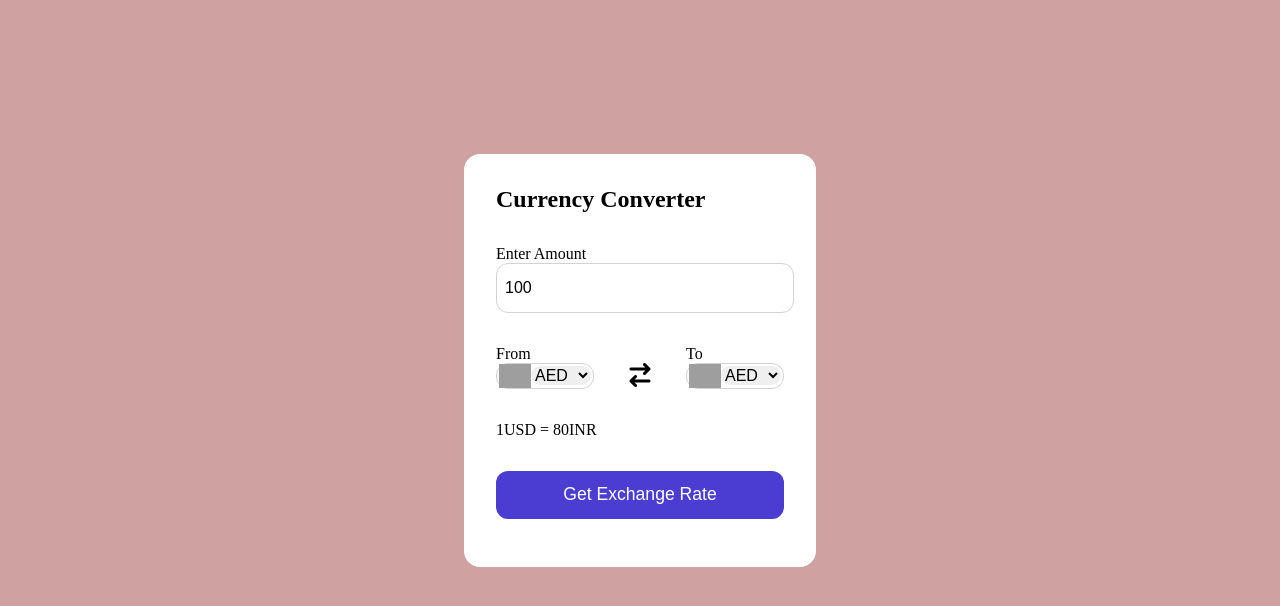
Repository: Chiranshukapil/Currency-Converter
Page: index.html
An editor plug-in stored every save of this project. The page is shown before and after the next save, followed by the edit.
The browser window is 1280 px wide. The pictures show the whole page.
Pictures or frames that could not be fetched are drawn as grey boxes.

Above is the page before, as saved 2024-07-01 06:43:42.

After the next save:
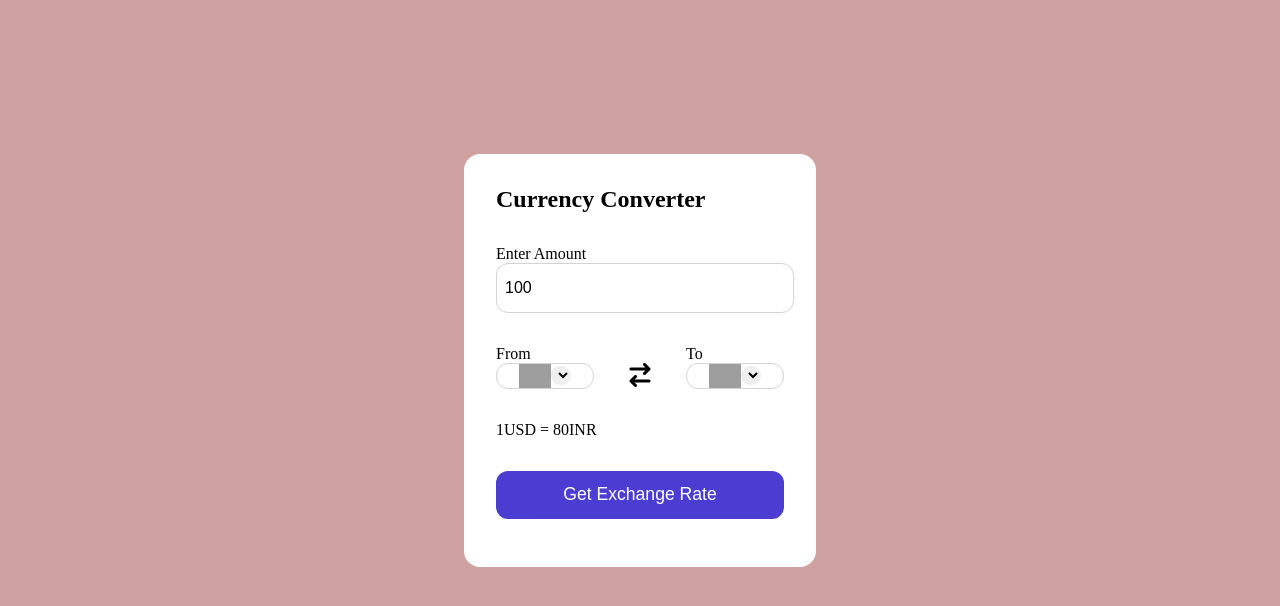
Console error: SyntaxError: Unexpected token '}'
Saved 35 s later.
--- a/script.js
+++ b/script.js
@@ -10,6 +10,7 @@ for(let select of dropdowns){
         newoption.innerText = currcode;
         newoption.value = currcode;
         select.append(newoption);
+        if(sele)
     }
 
 }
